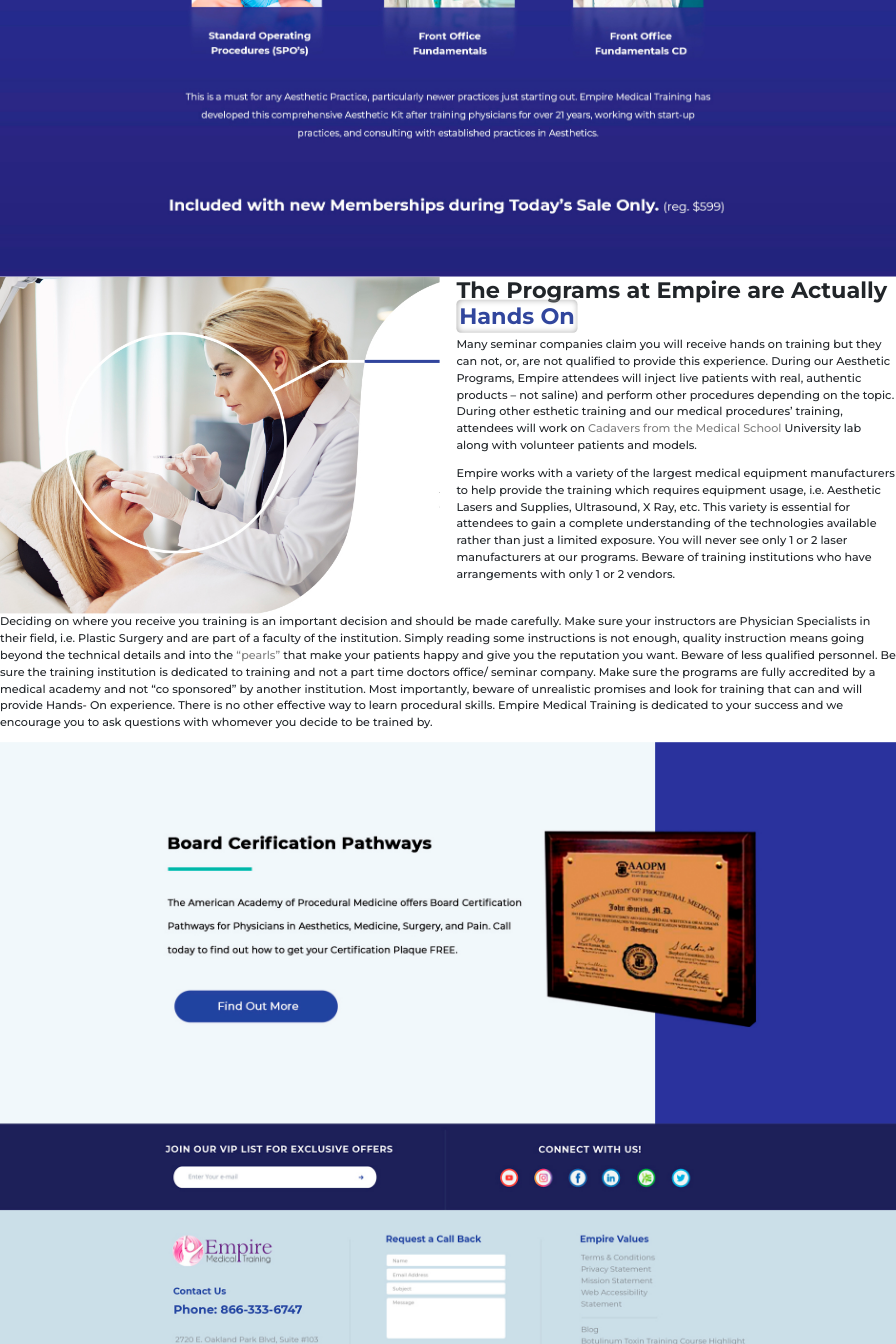
Repository: jorgi710/BODY-CONTOURING-INJECTABLES-AND-ADJUNCT-PROCEDURES
Page: our quarantee/file/public/index.html
The author's editor kept a copy of each file at every save. The page is drawn from the files as they stood at one save, then again after a run of saves.
The browser window is 1280 px wide. The pictures show the part of the page from y = 3545 to 5465 px (the page is 5583 px tall), at 70% of full size.

Above is the page before, as saved 2021-04-07 00:16:52.

After the next 2 saves:
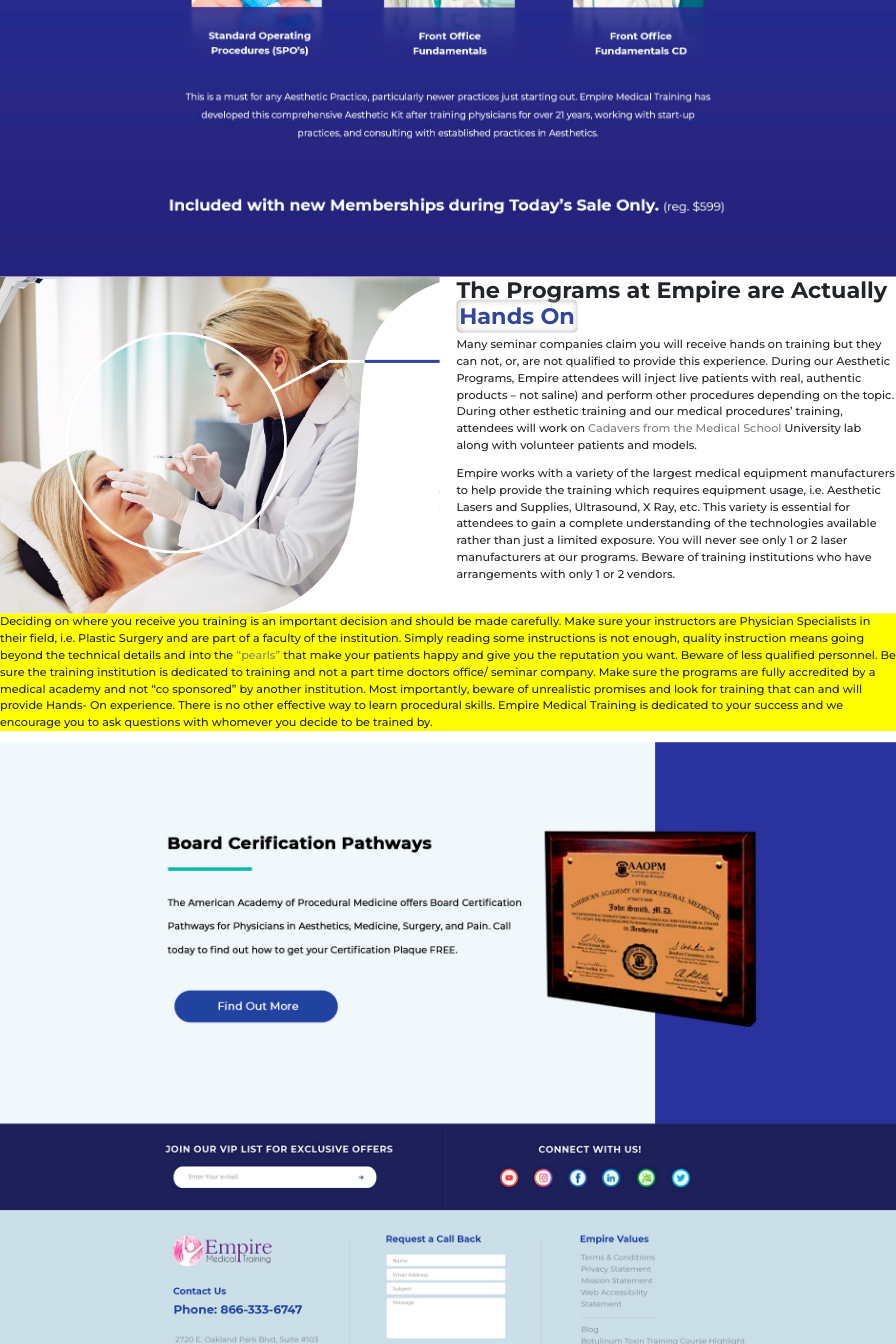
The 2 saves are shown as one change because they came seconds apart.
The last was saved 8 s later.
--- a/our quarantee/file/public/css/style.css
+++ b/our quarantee/file/public/css/style.css
@@ -360,6 +360,6 @@
   }
 }
 /* section_5_parte_2*/
-.section_5 .last_parrafo {
+.section_5 .last {
   background-color: yellow;
 }

After the save that followed:
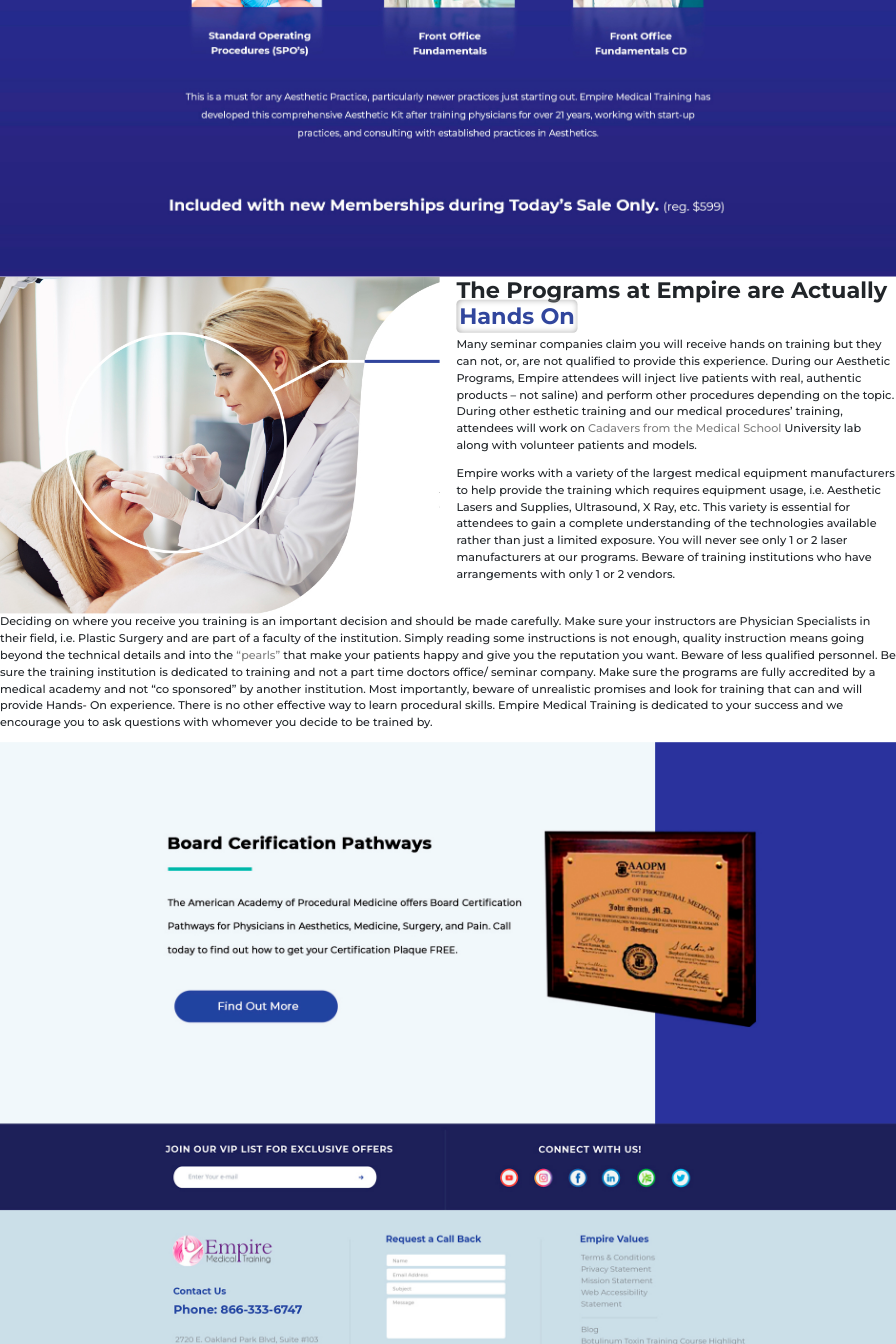
Saved 13 s later.
--- a/our quarantee/file/public/css/style.css
+++ b/our quarantee/file/public/css/style.css
@@ -360,6 +360,6 @@
   }
 }
 /* section_5_parte_2*/
-.section_5 .last {
+.section_5 .last p {
   background-color: yellow;
 }
